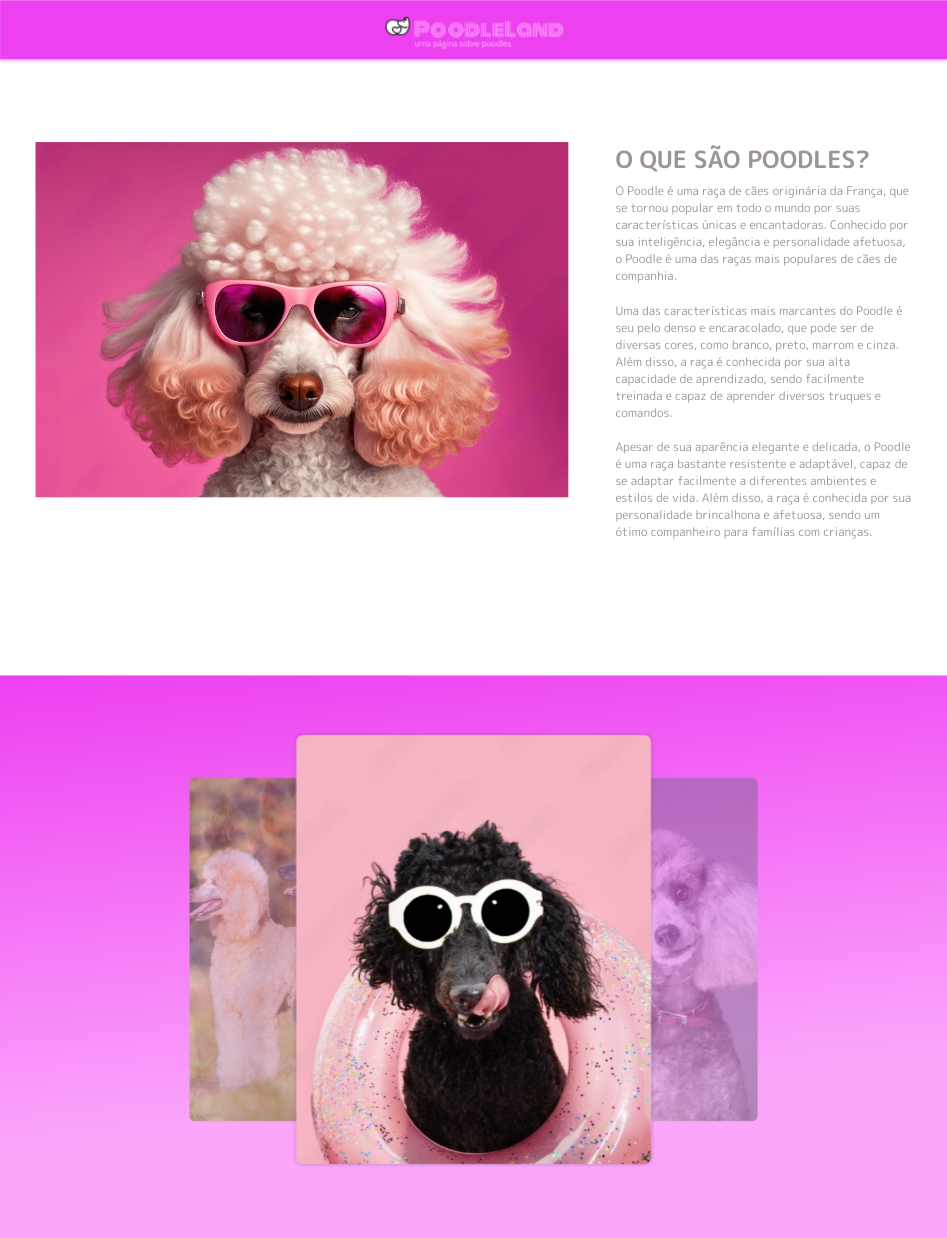
Repository: vinibalt/PoodleLand
Page: poddlelandia.html
An editor plug-in stored every save of this project. The page is shown before and after a run of saves, followed by the edit.
The browser window is 1280 px wide. The pictures show the whole page, at 74% of full size.

Above is the page before, as saved 2023-05-12 21:44:25.

After the next 3 saves:
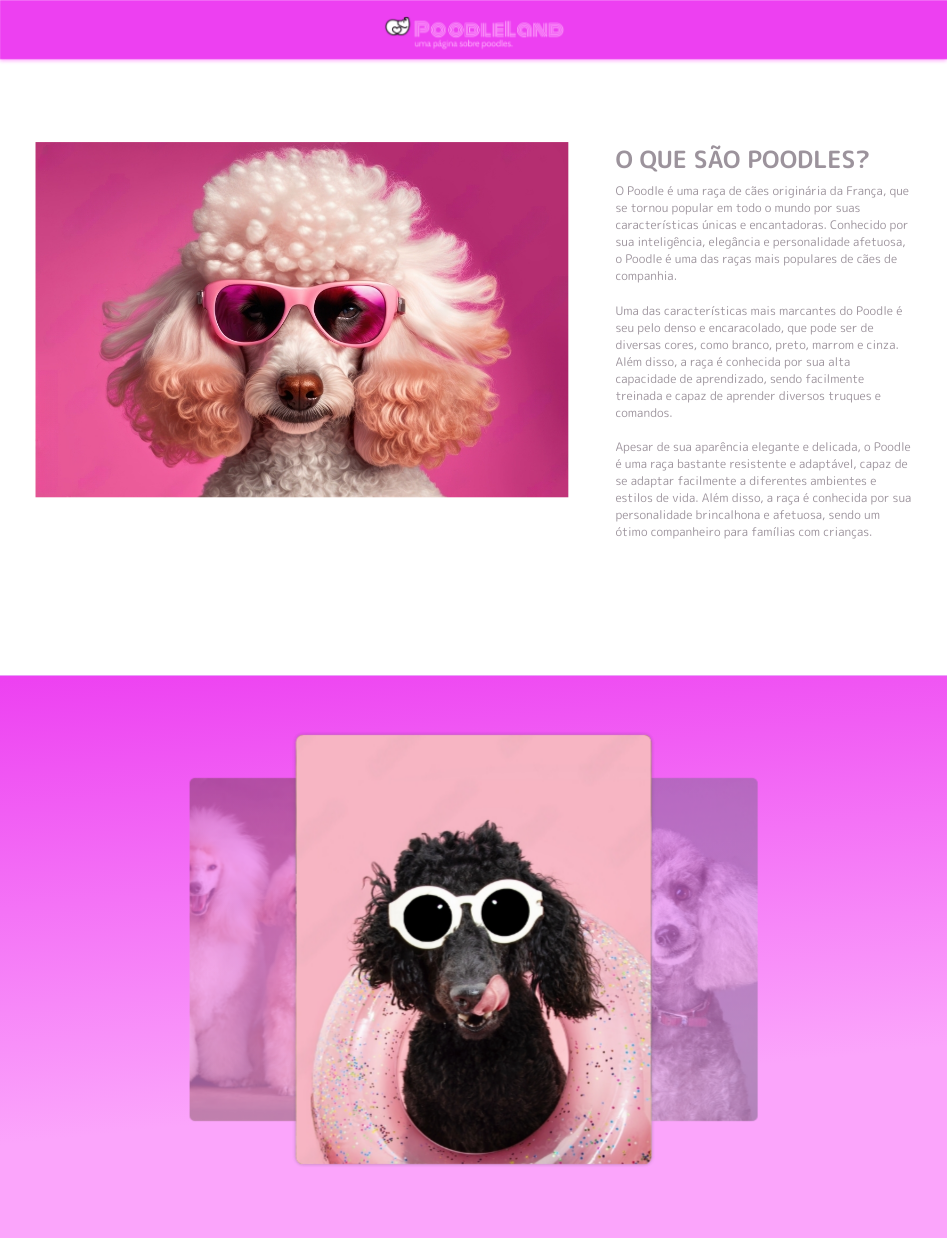
The 3 saves are shown as one change because they came seconds apart.
The last was saved 9 s later.
--- a/poddlelandia.html
+++ b/poddlelandia.html
@@ -56,10 +56,10 @@
             <label class="card" for="item-3" id="song-3">
               <img class="img-carousel" src="./assets/img/poodle-varias-cores-transformed.jpeg" alt="song">
             </label>
-            <label class="card" for="item-4" id="song-3">
+            <label class="card" for="item-4" id="song-4">
                 <img class="img-carousel" src="./assets/img/poodle-fofo.jpg" alt="song">
             </label>
-            <label class="card" for="item-5" id="song-3">
+            <label class="card" for="item-5" id="song-5">
                 <img class="img-carousel" src="./assets/img/poodle-bnw.jpeg" alt="song">
             </label>
           </div>
